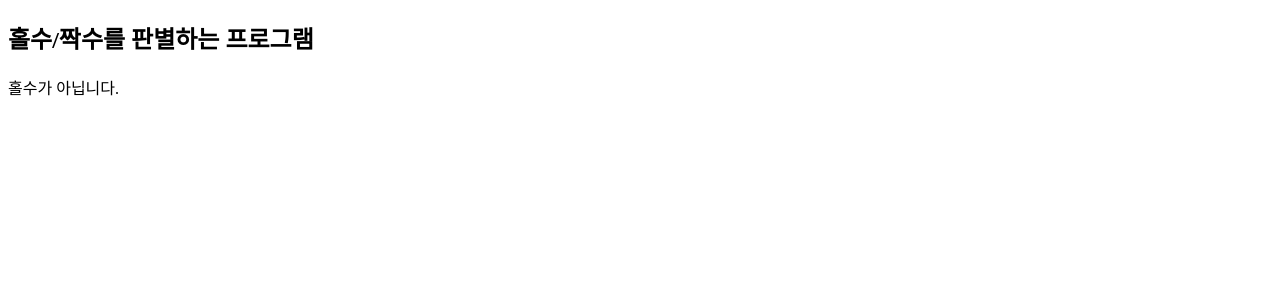
Repository: Kongnamu/JSPworks
Page: http://localhost/jwbook/ch01/expression1.jsp
The author's editor kept a copy of each file at every save. The page is drawn from the files as they stood at one save, then again after the next save.
The browser window is 1280 px wide. The pictures show the whole page.
The page is served by Tomcat 9. Other server files are loaded and not shown.

Above is the page before, as saved 2023-11-20 05:11:16.

### jwbook/src/main/webapp/ch01/expression1.jsp
<%@ page language="java" contentType="text/html; charset=UTF-8"
    pageEncoding="UTF-8"%>
<!DOCTYPE html>
<html>
<head>
<meta charset="UTF-8">
<title>실습 예제</title>
</head>
<body>
	<h2>홀수/짝수를 판별하는 프로그램</h2>
	<%
		int num = 2;
			if(num % 3 ==0){
				out.println("결과는 홀수입니다.");
			}else{
				out.println("홀수가 아닙니다.");
			}

	%>
</body>
</html>

After the next save:
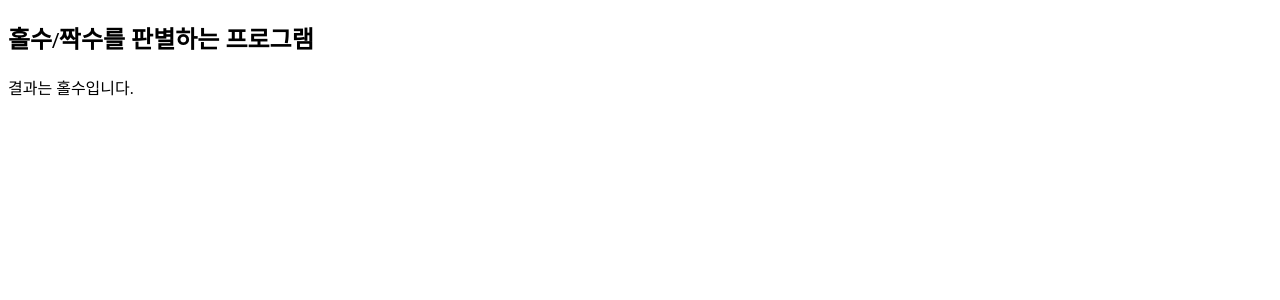
Saved 13 s later.
--- a/jwbook/src/main/webapp/ch01/expression1.jsp
+++ b/jwbook/src/main/webapp/ch01/expression1.jsp
@@ -9,7 +9,7 @@
 <body>
 	<h2>홀수/짝수를 판별하는 프로그램</h2>
 	<%
-		int num = 2;
+		int num = 3;
 			if(num % 3 ==0){
 				out.println("결과는 홀수입니다.");
 			}else{
